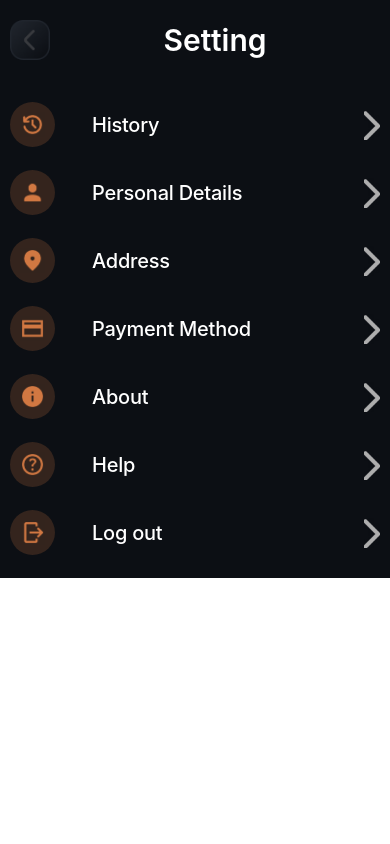
Repository: nguoilaisaochoi/App-coffe
Screen: /
These files come from the project's save history. The screen is drawn as it stood at one moment and after a run of saves; the edit follows.
The app was drawn by React Native's web renderer in a window 390 px wide. The project was rebuilt for these pictures with package versions that can differ from the ones it lists, and the page was loaded fresh each time.

Above is the screen before, as saved 2024-01-13 09:12:53.

### App.tsx
import { View, Text } from 'react-native'
import React from 'react'
import Login from './src/Login'
import Register from './src/Register'
import Setting from './src/Setting'
const App = () => {
  return (
    <View>
      <Setting/>
    </View>
  )
}

export default App

### src/Setting.js
import {View, Text, StyleSheet, Image} from 'react-native';

import {Dimensions} from 'react-native';


const Setting = () => {
  return (
    <View style={mystyle.body}>
      <View style={mystyle.task}>
        <Image
          style={mystyle.arrowleft}
          source={require('../assets/img/arrowleft.png')}
        />
        <Text style={mystyle.textsetting}>Setting</Text>
      </View>

      <View style={mystyle.setting}>
        <View style={mystyle.bgicon}>
          <Image
            style={mystyle.icon}
            source={require('../assets/img/clock.png')}
          />
        </View>
        <Text style={mystyle.text}>History</Text>
        <Image
          style={mystyle.arrowright}
          source={require('../assets/img/Arrow_right.jpg')}
        />
      </View>

      <View style={mystyle.setting}>
        <View style={mystyle.bgicon}>
          <Image
            style={mystyle.icon}
            source={require('../assets/img/mdi_account.png')}
          />
        </View>
        <Text style={mystyle.text}>Personal Details</Text>
        <Image
          style={mystyle.arrowright}
          source={require('../assets/img/Arrow_right.jpg')}
        />
      </View>
      <View style={mystyle.setting}>
        <View style={mystyle.bgicon}>
          <Image
            style={mystyle.icon}
            source={require('../assets/img/material-symbols_location-on.png')}
          />
        </View>
        <Text style={mystyle.text}>Address</Text>
        <Image
          style={mystyle.arrowright}
          source={require('../assets/img/Arrow_right.jpg')}
        />
      </View>
      <View style={mystyle.setting}>
        <View style={mystyle.bgicon}>
          <Image
            style={mystyle.icon}
            source={require('../assets/img/ic_sharp-payment.png')}
          />
        </View>
        <Text style={mystyle.text}>Payment Method</Text>
        <Image
          style={mystyle.arrowright}
          source={require('../assets/img/Arrow_right.jpg')}
        />
      </View>

      <View style={mystyle.setting}>
        <View style={mystyle.bgicon}>
          <Image
            style={mystyle.icon}
            source={require('../assets/img/mdi_about.png')}
          />
        </View>
        <Text style={mystyle.text}>About</Text>
        <Image
          style={mystyle.arrowright}
          source={require('../assets/img/Arrow_right.jpg')}
        />
      </View>

      <View style={mystyle.setting}>
        <View style={mystyle.bgicon}>
          <Image
            style={mystyle.icon}
            source={require('../assets/img/material-symbols_help-outline-rounded.png')}
          />
        </View>
        <Text style={mystyle.text}>Help</Text>
        <Image
          style={mystyle.arrowright}
          source={require('../assets/img/Arrow_right.jpg')}
        />
      </View>

      <View style={mystyle.setting}>
        <View style={mystyle.bgicon}>
          <Image
            style={mystyle.icon}
            source={require('../assets/img/ic_twotone-log-out.png')}
          />
        </View>
        <Text style={mystyle.text}>Log out</Text>
        <Image
          style={mystyle.arrowright}
          source={require('../assets/img/Arrow_right.jpg')}
        />
      </View>
    </View>
  );
};

export default Setting;
const mystyle = StyleSheet.create({
  body: {
    width: '100%',
    height: '100%',
    padding: 10,
    backgroundColor: '#0C0F14',
  },
  task: {
    marginTop:10,
    width: '100%',
    display: 'flex',
    flexDirection: 'row',
    alignItems:'center',
    marginBottom:32,
  },
  arrowleft: {
    width: 40,
    height: 40,
  },
  textsetting: {
    color: 'white',
    marginLeft: 'auto',
    marginRight:  'auto',
    fontSize: 30,
    fontStyle: 'normal',
    fontWeight: '600',
    lineHeight: 36,
  },
  setting: {
    display: 'flex',
    flexDirection: 'row',
    alignItems: 'center',
    marginTop:10,
    marginBottom:13,
  },
  text: {
    color: 'white',
    fontSize:20,
    marginLeft: '10%',
    fontWeight: '500',
    letterSpacing: -0.24,
  },
  bgicon: {
    display: 'flex',
    justifyContent: 'center',
    alignItems: 'center',
    width: 45,
    height: 45,
    borderRadius: 50,
    backgroundColor: 'rgba(209, 120, 66, 0.20)',
  },
  icon: {
    width: 25,
    height: 25,
  },
  arrowright: {
    width: 16,
    height: 30,
    marginLeft: 'auto',
  },
});

After the next 3 saves:
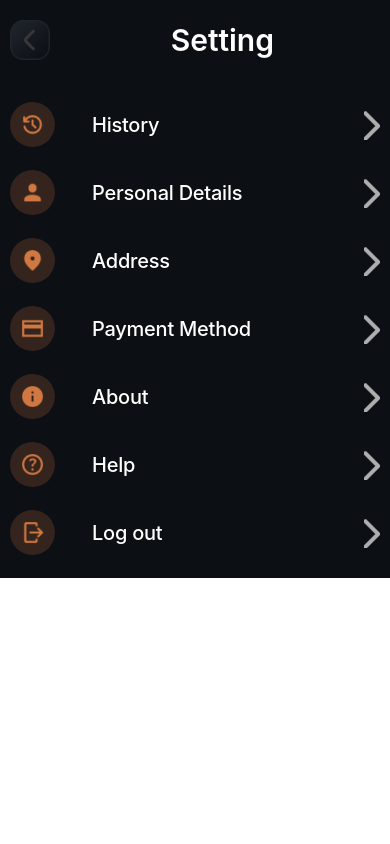
The 3 saves are shown as one change because they came seconds apart.
The last was saved 13 s later.
--- a/src/Setting.js
+++ b/src/Setting.js
@@ -141,6 +141,7 @@ const mystyle = StyleSheet.create({
     fontStyle: 'normal',
     fontWeight: '600',
     lineHeight: 36,
+    left:'2%',
   },
   setting: {
     display: 'flex',
